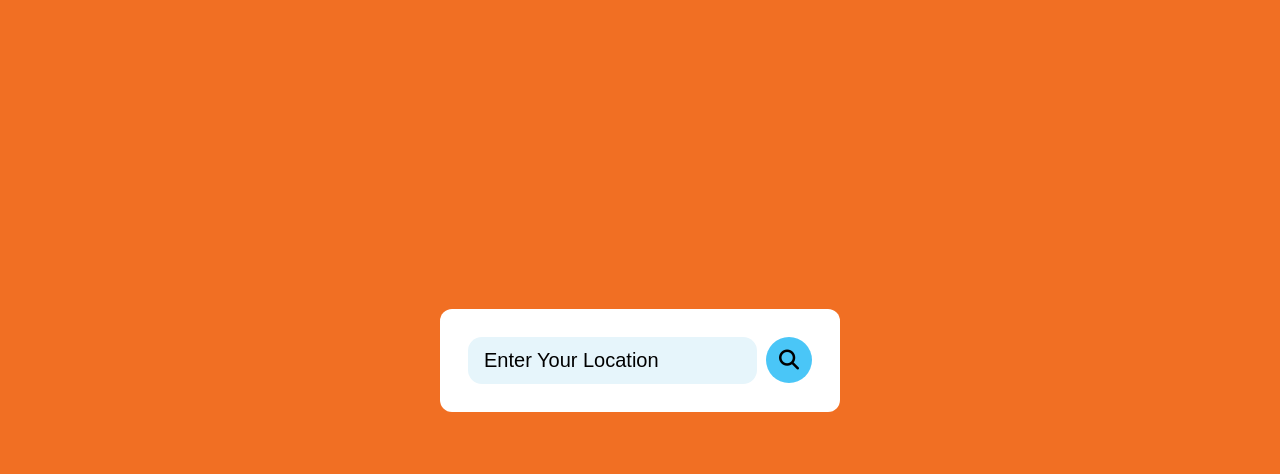
Repository: kapucuonur/weather-app
Page: index.html
These files come from the project's save history. The page is drawn as it stood at one moment and after the next save; the edit follows.
The browser window is 1280 px wide. The pictures show the whole page.
Some web libraries are served in a nearby version.

Above is the page before, as saved 2024-11-16 15:20:55.

After the next save:
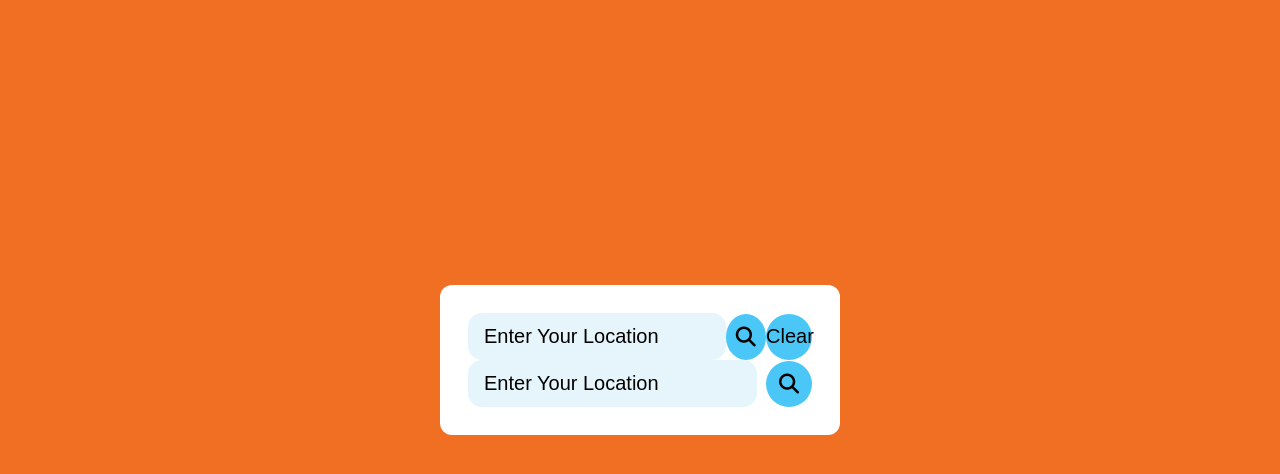
Saved 2 min 11 s later.
--- a/index.html
+++ b/index.html
@@ -9,6 +9,13 @@
 </head>
 <body>
     <div class="container">
+        <div class="search-box">
+            <input type="text" placeholder="Enter your location" class="input-box">
+            <button class="fa-solid fa-magnifying-glass" id="searchBtn"></button>
+            <!-- Clear button added here -->
+            <button class="clear-btn" id="clearBtn">Clear</button>
+        </div>
+
         <div class="header">
             <div class="search-box">
                 <input type="text" placeholder="Enter your location" class="input-box">

After the 2 saves that followed:
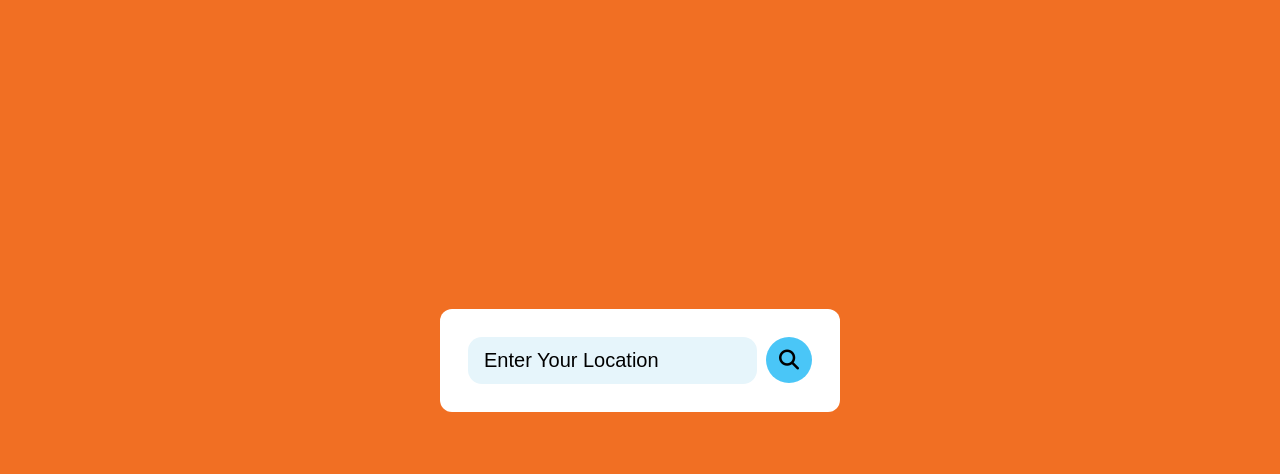
The 2 saves are shown as one change because 1 left the picture as it was.
The last was saved 48 s later.
--- a/index.html
+++ b/index.html
@@ -9,12 +9,6 @@
 </head>
 <body>
     <div class="container">
-        <div class="search-box">
-            <input type="text" placeholder="Enter your location" class="input-box">
-            <button class="fa-solid fa-magnifying-glass" id="searchBtn"></button>
-            <!-- Clear button added here -->
-            <button class="clear-btn" id="clearBtn">Clear</button>
-        </div>
 
         <div class="header">
             <div class="search-box">
